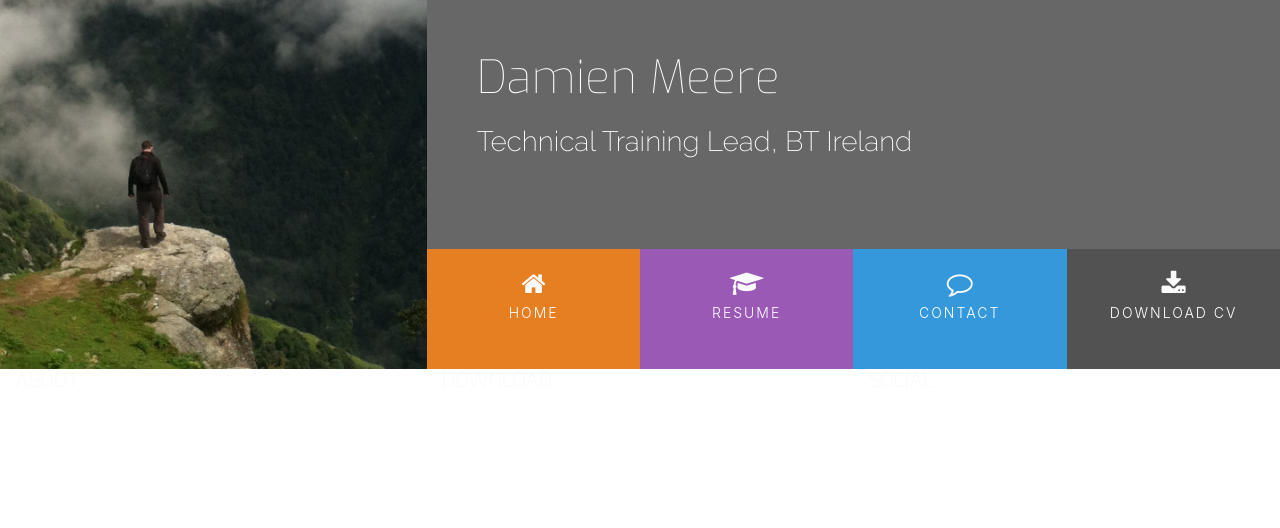
Repository: damien-meere/cv_site_project
Page: index.html
The author's editor kept a record of every edit. The page is drawn from the files as they stood at one moment, then again after the next edit.
The browser window is 1280 px wide. The pictures show the whole page.

Above is the page before.

### index.html
<!DOCTYPE html>
<html lang="en">

<head>
    <meta charset="UTF-8">
    <meta name="viewport" content="width=device-width, initial-scale=1.0">
    <meta http-equiv="X-UA-Compatible" content="ie=edge">
    <link rel="stylesheet" href="https://stackpath.bootstrapcdn.com/bootstrap/4.3.1/css/bootstrap.min.css" type="text/css" />
    <link rel="stylesheet" href="https://stackpath.bootstrapcdn.com/font-awesome/4.7.0/css/font-awesome.min.css" type="text/css" />
    <link rel="stylesheet" href="https://cdnjs.cloudflare.com/ajax/libs/hover.css/2.3.1/css/hover-min.css" type="text/css" />
    <link rel="stylesheet" href="assets/css/style.css" type="text/css" />
    <title>Damien Meere CV</title>
</head>

<body>
    <header>
        <div class="row no-gutters">
            <a href="index.html" class="col-md-4 logo"></a>
            <div class="col-md-8">
                <div class="row bg-color-name-title no-gutters">
                    <div class="col heading">
                        <h1 class="name">Damien Meere</h1>
                        <h2 class="title">Technical Training Lead, BT Ireland</h2>
                    </div>
                </div>
                <div class="row no-gutters">
                    <div class="col">
                        <ul id="nav" class="list-inline menu-container">
                            <!--the i element with fa is a font awesome icon. Aria hidden means this icon is ignored by screen readers-->
                            <li class="col-6 col-sm-3 list-inline-item ui-menu-color-home menuitem">
                                <a href="#" class="hvr-sweep-to-bottom"><i class="fa fa-home" aria-hidden="true"></i><span>Home</span></a>
                            </li>
                            <li class="col-6 col-sm-3 list-inline-item ui-menu-color-resume menuitem">
                                <a href="#" class="hvr-sweep-to-bottom"><i class="fa fa-graduation-cap" aria-hidden="true"></i><span>Resume</span></a>
                            </li>
                            <li class="col-6 col-sm-3 list-inline-item ui-menu-color-contact menuitem">
                                <a href="#" class="hvr-sweep-to-bottom"><i class="fa fa-comment-o" aria-hidden="true"></i><span>Contact</span></a>
                            </li>
                            <li class="col-6 col-sm-3 list-inline-item ui-menu-color-download menuitem">
                                <a href="#" class="hvr-sweep-to-bottom"><i class="fa fa-download" aria-hidden="true"></i><span>Download CV</span></a>
                            </li>
                        </ul>
                    </div>
                </div>
            </div>
        </div>
    </header>

    <section>

    </section>

    <footer class="container-fluid">
        <div class="row">
            <div class="col-sm-4">
                <h5 class="uppercase general-sub">About</h5>
            </div>
            <div class="col-sm-4">
                <h5 class="uppercase general-sub">Download</h5>
            </div>
            <div class="col-sm-4">
                <h5 class="uppercase general-sub">Social</h5>
            </div>
        </div>

    </footer>


</body>

</html>

### assets/css/style.css
@import url('https://fonts.googleapis.com/css?family=Raleway:100,200,300,400,500.600,700|Exo:100,200,300,400,500.600,700');

/*--------------------------------------------------Colours*/
.bg-color-name-title{
    background-color: #676767;
}

.ui-menu-color-home {
    background-color: #e67e22;
}

.ui-menu-color-resume {
    background-color: #9b59b6;
}

.ui-menu-color-contact {
    background-color: #3498db;
}

.ui-menu-color-download {
    background-color: #525252;
}

/*--------------------------------------------------Special Padding/margins/text*/

h1,h2,h3,h4 {
    margin: 0;
}

.uppercase {
    text-transform: uppercase;
}

.general-sub {
    font-family: "Exo", sans-serif;
    font-weight:300;
    color: #fafafa;

}

/*--------------------------------------------------Headings*/
header {
    margin: 0;
}

.heading{
    margin-left: 50px;
}

.logo {
    background: url("../images/logo_image.jpg");
    background-position: center;
    background-repeat: no-repeat;
    background-size: cover;
    min-height: 360px;
    transition: all .5s ease-in-out;
    -moz-transition: all .5s ease-in-out;
    -webkit-transition: all .5s ease-in-out;
}

.name {
    font-family: "Exo", sans-serif;
    font-weight: 100;
    font-size: 46px;
    margin-top: 50px;
    color: #fff;
}

.title {
    font-family: "Raleway", sans-serif;
    font-weight: 200;
    font-size: 28px;
    margin-top: 20px;
    margin-bottom: 90px;
    color: #fff;
}

.list-inline-item:not(:last-child) {
    margin: 0;
}

.menu-container {
    font-size: 0;
}

#nav {
    margin: 0;
}

#nav li {
    font-size: 14px;
    padding: 0;
}

.menuitem {
    height: 120px;
    text-align: center;
    padding: 0;
}

.menuitem a{
    width: 100%;
    text-decoration: none;
    color: #fff;
    height: 120px;
}

.menuitem a i {
    padding-top: 22px;
    /*Set to block to ensure icon appears on a new line*/
    display: block;
    color: #fafafa;
    font-size: 26px;
}


.menuitem span {
    display: block;
    width: 100%;
    padding-top: 5px;
    text-align: center;
    text-transform:uppercase;
    font-size: 14px;
    font-weight: 300;
    letter-spacing: 2px;
}

/*--------------------------------------------------Hover Override*/

.hvr-sweep-to-bottom:before{
    /*setting rgb to black, but the transparancy to 0.2, to its a subtle change*/
    background: rgba(0, 0, 0, 0.2);
}

After the next edit:
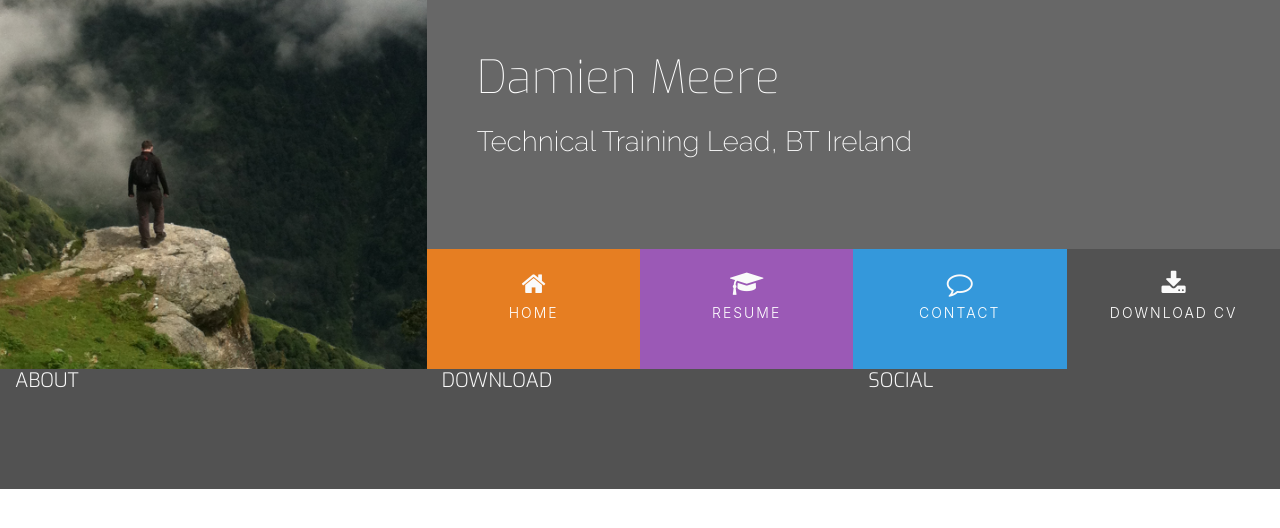
The edit:
--- a/assets/css/style.css
+++ b/assets/css/style.css
@@ -131,3 +131,15 @@ header {
     /*setting rgb to black, but the transparancy to 0.2, to its a subtle change*/
     background: rgba(0, 0, 0, 0.2);
 }
+
+
+
+/*--------------------------------------------------Headings*/
+
+footer {
+    background-color: #525252;
+    color: #fafafa;
+    min-height: 120px;
+    margin: 0;
+
+}
